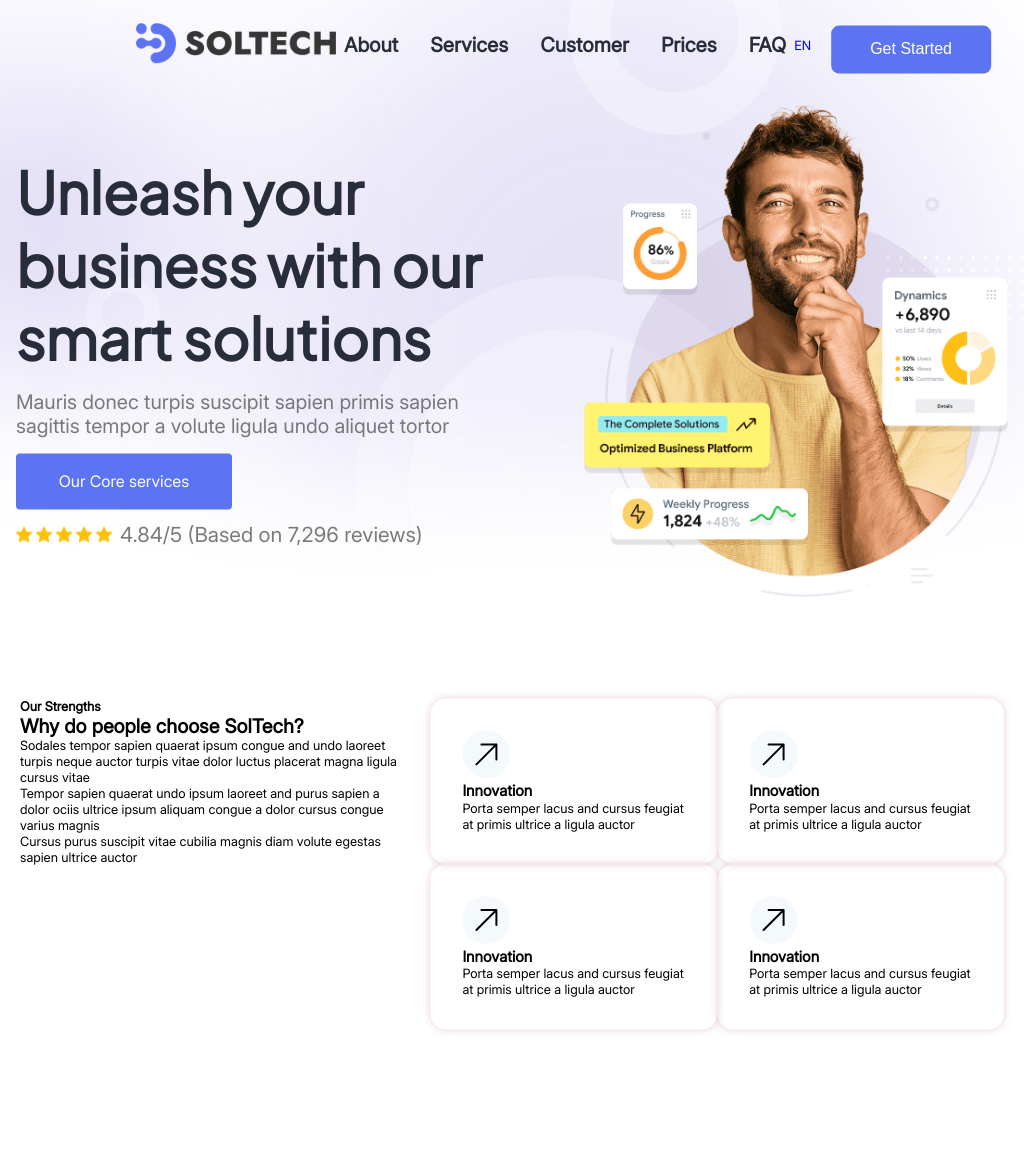
Repository: md-rabbi-hossain/Soltech-html
Page: index.html
These files come from the project's save history. The page is drawn as it stood at one moment and after the next save; the edit follows.
The browser window is 1280 px wide. The pictures show the whole page, at 80% of full size.

Above is the page before, as saved 2025-01-10 02:11:36.

### index.html
<!DOCTYPE html>
<html lang="en">
  <head>
    <meta charset="UTF-8" />
    <meta name="viewport" content="width=device-width, initial-scale=1.0" />
    <link rel="stylesheet" href="Css/style.css" />
    <title>Soltech</title>
  </head>
  <body>
    <header class="main-container">
      <div class="Hero-parents-container">
        <nav>
          <div class="logo">
            <img src="image/logo-1.png" alt="Logo" />
          </div>
          <ul class="menu">
            <li class="dropdown">
              <a href="#">About</a>
              <ul class="dropdown-menu">
                <li><a href="#">Our Team</a></li>
                <li><a href="#">Our Mission</a></li>
                <li><a href="#">History</a></li>
              </ul>
            </li>
            <li><a href="#">Services</a></li>
            <li><a href="#">Customer</a></li>
            <li><a href="#">Prices</a></li>
            <li><a href="#">FAQ</a></li>
          </ul>
          <div class="actions">
            <div class="dropdown">
              <li><a href="#">EN</a></li>
              <ul class="dropdown-menu">
                <li><a href="#">English</a></li>
                <li><a href="#">Spanish</a></li>
              </ul>
            </div>
            <button class="get-started">Get Started</button>
          </div>
        </nav>
        <!-- Navbar end here  -->
        <!-- hero start here  -->
        <div class="hero-parents container">
          <div class="left-side">
            <div class="content">
              <h1>Unleash your business with our smart solutions</h1>
              <p>
                Mauris donec turpis suscipit sapien primis sapien sagittis
                tempor a volute ligula undo aliquet tortor
              </p>
              <div>
                <button>Our Core services</button>
              </div>
              <div class="text">
                <div class="icon">
                  <img src="image/star.png" alt="" />
                  <img src="image/star.png" alt="" />
                  <img src="image/star.png" alt="" />
                  <img src="image/star.png" alt="" />
                  <img src="image/star.png" alt="" />
                </div>
                <p>4.84/5 (Based on 7,296 reviews)</p>
              </div>
            </div>
          </div>
          <div class="right">
            <img src="/image/hero-right.png" alt="" />
          </div>
        </div>
      </div>
    </header>
    <section class="main-container cta-section">
      <div class="container">
        <div class="introduction-parent">
          <div class="introduction-text">
            <h4>Our Strengths</h4>
            <h2>Why do people choose SolTech?</h2>
            <p>
              Sodales tempor sapien quaerat ipsum congue and undo laoreet turpis
              neque auctor turpis vitae dolor luctus placerat magna ligula
              cursus vitae
            </p>
            <ul>
              <li>
                Tempor sapien quaerat undo ipsum laoreet and purus sapien a
                dolor ociis ultrice ipsum aliquam congue a dolor cursus congue
                varius magnis
              </li>
              <li>
                Cursus purus suscipit vitae cubilia magnis diam volute egestas
                sapien ultrice auctor
              </li>
            </ul>
          </div>
          <div class="box-parent">
            <div class="box">
              <div class="box-inner">
                <svg
                  xmlns="http://www.w3.org/2000/svg"
                  fill="none"
                  viewBox="0 0 24 24"
                  stroke-width="1.5"
                  stroke="currentColor"
                  class="size-6"
                >
                  <path
                    stroke-linecap="round"
                    stroke-linejoin="round"
                    d="m4.5 19.5 15-15m0 0H8.25m11.25 0v11.25"
                  />
                </svg>
                <h3>Innovation</h3>
                <p>
                  Porta semper lacus and cursus feugiat at primis ultrice a
                  ligula auctor
                </p>
              </div>
            </div>
            <div class="box">
              <div class="box-inner">
                <svg
                  xmlns="http://www.w3.org/2000/svg"
                  fill="none"
                  viewBox="0 0 24 24"
                  stroke-width="1.5"
                  stroke="currentColor"
                  class="size-6"
                >
                  <path
                    stroke-linecap="round"
                    stroke-linejoin="round"
                    d="m4.5 19.5 15-15m0 0H8.25m11.25 0v11.25"
                  />
                </svg>
                <h3>Innovation</h3>
                <p>
                  Porta semper lacus and cursus feugiat at primis ultrice a
                  ligula auctor
                </p>
              </div>
            </div>
            <div class="box">
              <div class="box-inner">
                <svg
                  xmlns="http://www.w3.org/2000/svg"
                  fill="none"
                  viewBox="0 0 24 24"
                  stroke-width="1.5"
                  stroke="currentColor"
                  class="size-6"
                >
                  <path
                    stroke-linecap="round"
                    stroke-linejoin="round"
                    d="m4.5 19.5 15-15m0 0H8.25m11.25 0v11.25"
                  />
                </svg>
                <h3>Innovation</h3>
                <p>
                  Porta semper lacus and cursus feugiat at primis ultrice a
                  ligula auctor
                </p>
              </div>
            </div>
            <div class="box">
              <div class="box-inner">
                <svg
                  xmlns="http://www.w3.org/2000/svg"
                  fill="none"
                  viewBox="0 0 24 24"
                  stroke-width="1.5"
                  stroke="currentColor"
                  class="size-6"
                >
                  <path
                    stroke-linecap="round"
                    stroke-linejoin="round"
                    d="m4.5 19.5 15-15m0 0H8.25m11.25 0v11.25"
                  />
                </svg>
                <h3>Innovation</h3>
                <p>
                  Porta semper lacus and cursus feugiat at primis ultrice a
                  ligula auctor
                </p>
              </div>
            </div>
          </div>
        </div>
      </div>
    </section>
    <script src="/Js/Script.js"></script>
  </body>
</html>

### Css/style.css
* {
  margin: 0;
  padding: 0;
  box-sizing: border-box;
}
html {
  scroll-behavior: smooth;
}
@font-face {
  font-family: Inter;
  src: url("/Font/Inter_24pt-Regular.ttf") format("woff2");
  src: url("/Font/Inter_24pt-Regular.ttf") format("woff");
  src: url("/Font/Inter_24pt-Regular.ttf") format("truetype");
  font-weight: normal;
  font-style: normal;
}
@font-face {
  font-family: Jakarta;
  src: url("/Font/PlusJakartaSans-Regular.ttf") format("woff2");
  src: url("/Font/PlusJakartaSans-Regular.ttf") format("woff");
  src: url("/Font/PlusJakartaSans-Regular.ttf") format("truetype");
  font-weight: normal;
  font-style: normal;
}
body {
  font-family: Inter;
}
li {
  list-style: none;
}
li a {
  text-decoration: none;
}
.main-container {
  max-width: 100%;
}

.container {
  max-width: 1400px;
  display: block;
  margin: 0 auto;
  padding: 25px;
}
h1 h2 h3 h5 h5 {
  font-family: Jakarta;
}
nav {
  display: flex;
  justify-content: space-between;
  align-items: center;
  padding-left: 170px;
  padding-right: 150px;
  padding-top: 20px;
  padding-bottom: 20px;
  position: relative;
  transition: all 0.3s ease;
  z-index: 1000;
}
nav.sticky {
  background-color: rgba(253, 253, 254, 0.8);
  position: sticky;
  top: 0;
  padding-bottom: 20px;
  box-shadow: 0 4px 6px rgba(0, 0, 0, 0.1);
}
.logo img {
  max-height: 50px;
}
.menu {
  display: flex;
  list-style: none;
  gap: 20px;
}
.menu li {
  position: relative;
}
.menu a {
  text-decoration: none;
  font-size: 25px;
  color: #282d3a;
  font-weight: bold;
  padding: 5px 10px;
}
/* Dropdown Styles */
.dropdown:hover .dropdown-menu {
  display: block;
}
.dropdown-menu {
  display: none;
  position: absolute;
  background: #fff;
  box-shadow: 0 4px 6px rgba(0, 0, 0, 0.1);
  border-radius: 5px;
  margin-top: 10px;
  list-style: none;
  padding: 10px 0;
}
.dropdown-menu li {
  padding: 5px 20px;
}
.dropdown-menu li a {
  color: #282d3a;
}
.dropdown-menu li:hover {
  background: #f1f1f1;
}
.actions {
  display: flex;
  align-items: center;
  gap: 20px;
}
.get-started {
  background: #5d74f2;
  color: #fff;
  font-size: 20px;
  line-height: 28px;
  padding: 6px 22px 8px;
  margin: 12px 5px 0;
  border: none;
  border-radius: 10px;
  width: 200px;
  height: 60px;
  cursor: pointer;
  transition: 0.5s;
}
.get-started:hover {
  background: #f2f0fb;
  border: 1px solid black;
  color: #585f6e;
}

/*  Hero Section Styles Here */
.Hero-parents-container {
  max-width: 100%;
  height: 100vh;
  background-image: url("/image/hero-1.jpg");
  background-size: cover;
  background-repeat: no-repeat;
}
.hero-parents {
  display: flex;
  justify-content: space-between;
  align-items: center;
  gap: 20px;
  padding: 20px;
}

.left-side {
  flex: 1;
}
.left-side h1 {
  font-size: 4.5rem;
  color: #282d3a;
  margin-bottom: 20px;
  font-family: Jakarta;
}
.left-side p {
  font-size: 25px;
  width: 560px;
  color: #5a5a5a; /* Subtle color for the paragraph text */
  margin-bottom: 20px;
  opacity: 0.8;
}

.left-side button {
  background: #5d74f2;
  color: white;
  font-size: 20px;
  padding: 10px 20px;
  border: none;
  border-radius: 5px;
  cursor: pointer;
  width: 270px;
  font-family: Inter;
  height: 70px;
}

.left-side button:hover {
  background: #4b62d8;
}
.icon img {
  width: 20px;
}

.text {
  display: flex;
  align-items: center;
  gap: 10px;
  padding-top: 15px;
}
.icon {
  display: flex;
  gap: 5px;
}

.icon img {
  width: 20px;
  height: 20px;
}

.text p {
  margin: 0;
  font-size: 26px;
}

/* Right Side */
.right {
  flex: 1;
  display: flex;
  justify-content: center;
  align-items: center;
}

.right img {
  max-width: 100%;
  height: auto;
  object-fit: contain;
}
section.main-container.cta-section {
  height: 100vh;
  display: flex;
  align-items: center;
}

.introduction-parent {
  display: flex;
  justify-content: space-between;
}

.introduction-text {
  width: 40%;
  margin-right: 50px;
}
.box-parent {
  display: flex;
  flex-wrap: wrap;
  width: 60%;
  margin-left: -15px;
}
.box {
  width: 50%;
}
.box-inner {
  box-shadow: 0 0 10px #99334d3b;
  padding: 40px;
  border-radius: 20px;
}
.box-inner svg {
  width: 60px;
  height: 60px;
  background: #f4f9fc;
  padding: 10px;
  border-radius: 50%;
}

### Js/Script.js
window.onscroll = function () {
  let navbar = document.querySelector("nav");
  if (window.pageYOffset > 0) {
    navbar.classList.add("sticky");
  } else {
    navbar.classList.remove("sticky");
  }
};

After the next save:
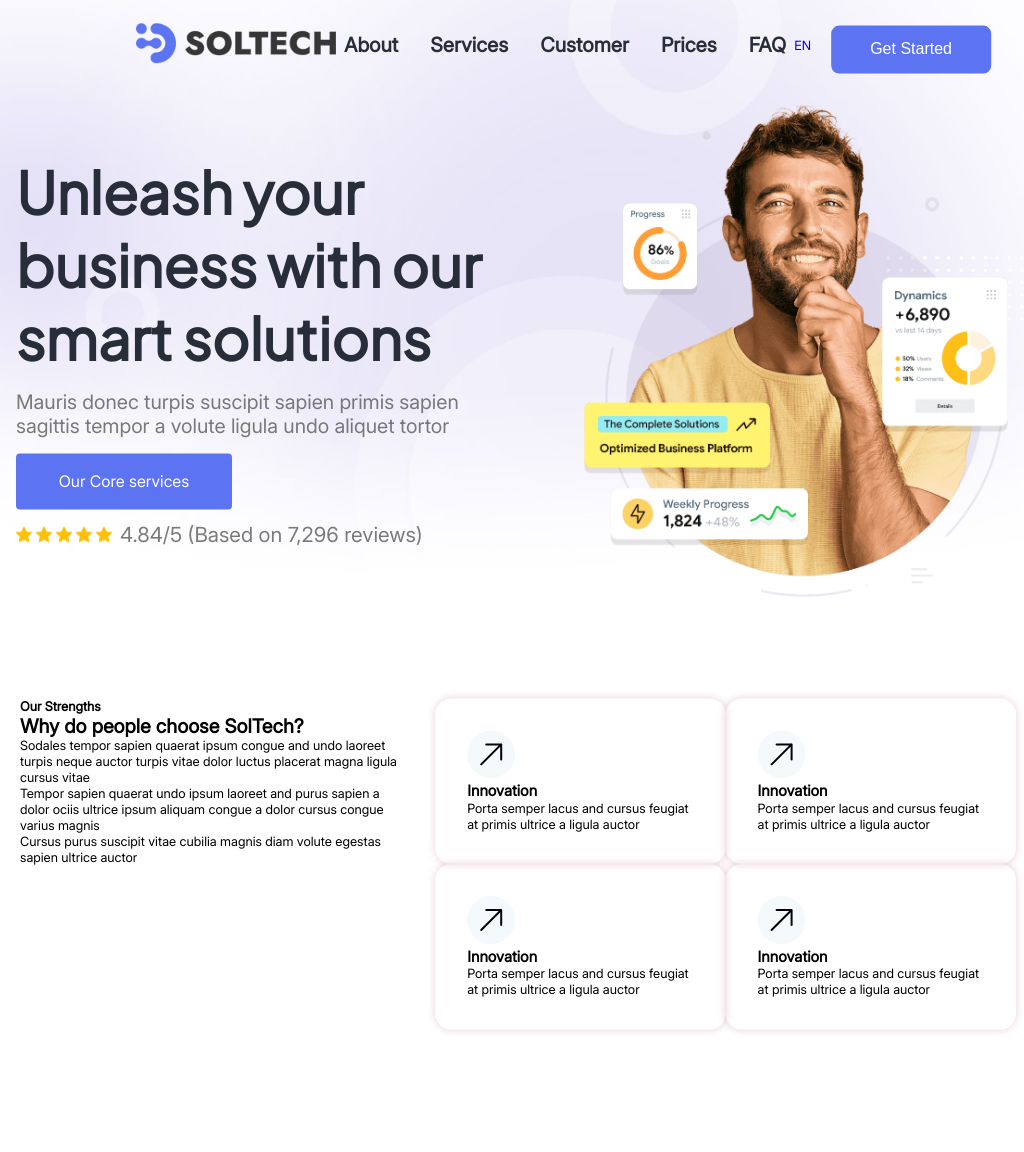
Saved 7 s later.
--- a/Css/style.css
+++ b/Css/style.css
@@ -236,6 +236,7 @@ section.main-container.cta-section {
   flex-wrap: wrap;
   width: 60%;
   margin-left: -15px;
+  margin-right: -15px;
 }
 .box {
   width: 50%;
